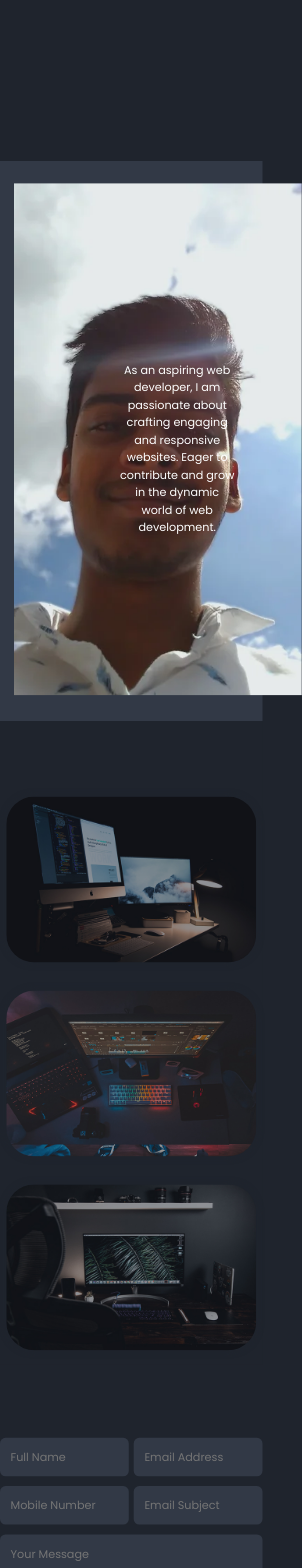
Repository: tectonic679/website1
Page: index.html
The author's editor kept a copy of each file at every save. The page is drawn from the files as they stood at one save, then again after the next save.
The browser window is 375 px wide. The page is 431 px wide, so the pictures cover 431 px, including what lies to the right of the window. The pictures show the part of the page from y = 570 to 2810 px (the page is 3449 px tall before and 3632 px after), at 70% of full size.
Some web libraries are served in a nearby version.

Above is the page before, as saved 2023-12-15 14:16:38.

After the next save:
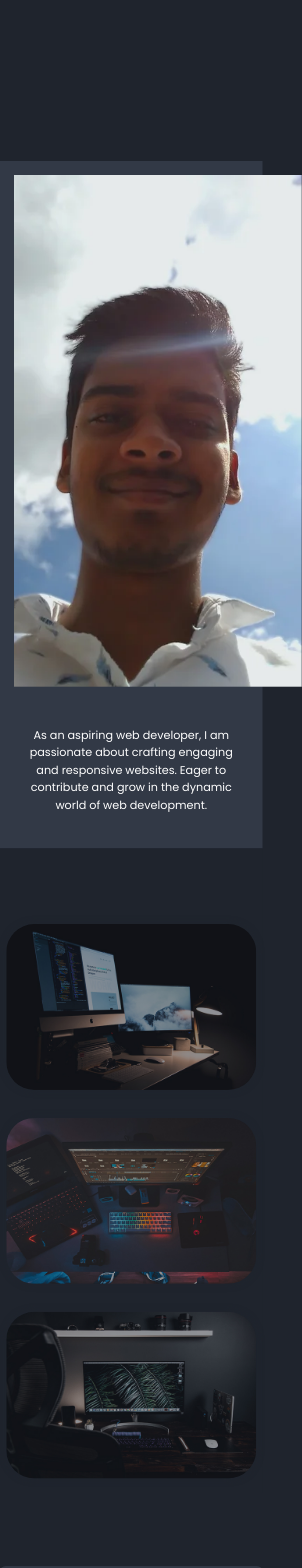
Saved 107 s later.
--- a/style.css
+++ b/style.css
@@ -407,7 +407,12 @@
     }
     .about-img {
         align-items: left;
-        width: 35vw;
+        width: 100%;
+        /* Make the image take up the full width */
+    }
+    .about-content-wrapper {
+        flex-direction: column;
+        align-items: stretch;
     }
     .portfolio {
         gap: 2rem;
@@ -426,8 +431,16 @@
         /* Make the images take up the full width */
     }
     .portfolio-box .portfolio-layer {
-        padding: 0 2rem;
+        padding: 0 1rem;
         /* Adjust padding for mobile view */
+    }
+    .services h2 {
+        margin-bottom: 3rem;
+    }
+    .contact form .input-box input,
+    .contact form textarea {
+        width: 100%;
+        /* Make the input fields take up the full width */
     }
     .navbar {
         position: relative;

After the save that followed:
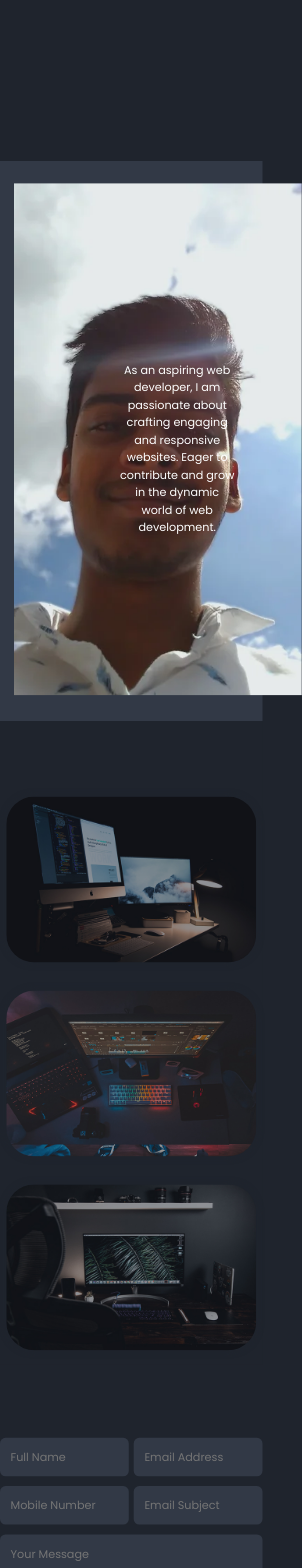
Saved 49 s later.
--- a/style.css
+++ b/style.css
@@ -407,12 +407,7 @@
     }
     .about-img {
         align-items: left;
-        width: 100%;
-        /* Make the image take up the full width */
-    }
-    .about-content-wrapper {
-        flex-direction: column;
-        align-items: stretch;
+        width: 35vw;
     }
     .portfolio {
         gap: 2rem;
@@ -431,16 +426,8 @@
         /* Make the images take up the full width */
     }
     .portfolio-box .portfolio-layer {
-        padding: 0 1rem;
+        padding: 0 2rem;
         /* Adjust padding for mobile view */
-    }
-    .services h2 {
-        margin-bottom: 3rem;
-    }
-    .contact form .input-box input,
-    .contact form textarea {
-        width: 100%;
-        /* Make the input fields take up the full width */
     }
     .navbar {
         position: relative;
